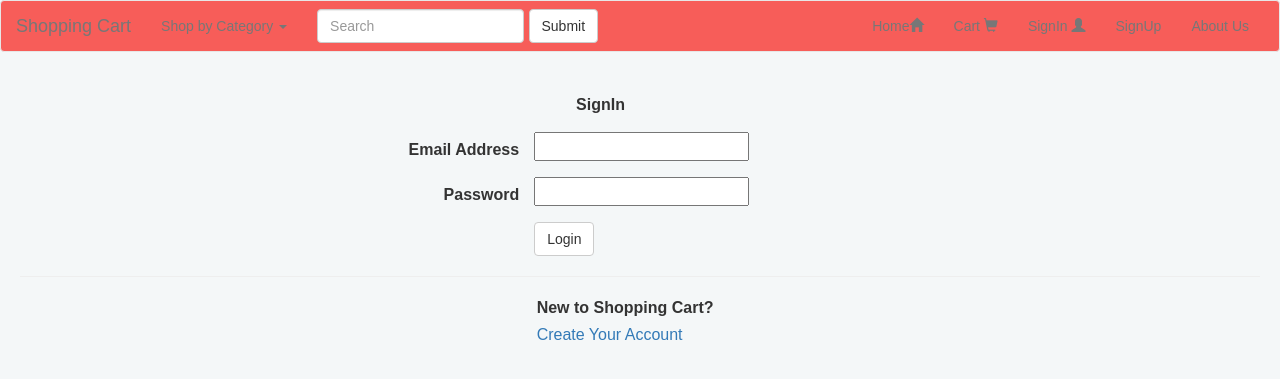
Repository: KaustubhKamat/ShoppingCartProject
Page: http://localhost/NewShoppingCart/WEB-INF/views/Login.jsp
These files come from the project's save history. The page is drawn as it stood at one moment and after the next save; the edit follows.
The browser window is 1280 px wide. The pictures show the whole page.
Some web libraries are served in a nearby version. The page is served by Tomcat 9. Nobody is signed in. Other server files are loaded and not shown. The template is opened directly, without the code that normally fills it, so the values that code supplies are empty.

Above is the page before, as saved 2016-12-30 09:15:25.

### NewShoppingCart/src/main/webapp/WEB-INF/views/Login.jsp
<%@ page language="java" contentType="text/html; charset=ISO-8859-1"
    pageEncoding="ISO-8859-1"%>
<!DOCTYPE html PUBLIC "-//W3C//DTD HTML 4.01 Transitional//EN" "http://www.w3.org/TR/html4/loose.dtd">
<html>
<head>
<link rel="stylesheet"
	href="https://maxcdn.bootstrapcdn.com/bootstrap/3.3.7/css/bootstrap.min.css">
<script
	src="https://ajax.googleapis.com/ajax/libs/jquery/3.1.1/jquery.min.js"></script>
<script
	src="https://maxcdn.bootstrapcdn.com/bootstrap/3.3.7/js/bootstrap.min.js"></script>
<style>
body{
font-family: sans-serif;

}
form {
  margin: 25px auto;
  font-size : medium;
  padding: 10px 20px;
  border-radius: 10px;
  text-align:justify;
}
body
{
background: #f4f7f8;
}
.navbar-default {
	background-color: #F75D59;
}

</style>
<meta http-equiv="Content-Type" content="text/html; charset=ISO-8859-1">
<title>Insert title here</title>
</head>
<body>
<nav class="navbar navbar-default">
	<div class="container-fluid">
		<!-- Brand and toggle get grouped for better mobile display -->
		<div class="navbar-header">
			<button type="button" class="navbar-toggle collapsed"
				data-toggle="collapse" data-target="#bs-example-navbar-collapse-1"
				aria-expanded="false">
				<span class="sr-only">Toggle navigation</span> <span
					class="icon-bar"></span> <span class="icon-bar"></span> <span
					class="icon-bar"></span>
			</button>
			<a class="navbar-brand" href="Home">Shopping Cart</a>
		</div>

		<!-- Collect the nav links, forms, and other content for toggling -->
		<div class="collapse navbar-collapse"
			id="bs-example-navbar-collapse-1">
			<ul class="nav navbar-nav">
				<!--  <li class="active"><a href=>Link <span class="sr-only">(current)</span></a></li> -->
				<li class="dropdown"><a href="Category" class="dropdown-toggle"
					data-toggle="dropdown" role="button">Shop by Category <span
						class="caret"></span></a>
					<ul class="dropdown-menu">
						<li><a href="Ciaz">Ciaz</a></li>
						<li><a href="Wagonr">Wagonr</a></li>
						<li><a href="Celerio">Celerio</a></li>
						<li><a href="Ritz">Ritz</a></li>
					</ul></li>
			</ul>
			<form class="navbar-form navbar-left">
				<div class="form-group">
					<input type="text" class="form-control" placeholder="Search">
				</div>
				<button type="submit" class="btn btn-default">Submit</button>
			</form>
			<ul class="nav navbar-nav navbar-right">

				<li><a href="Home">Home<span class="glyphicon glyphicon-home"></span></a>
				<li><a href="Cart">Cart <span
						class="glyphicon glyphicon-shopping-cart"></span></a>
				<li><a href="login">SignIn <span
						class="glyphicon glyphicon-user"></span></a></li>
				<li><a href="Register">SignUp </a></li>
				<li><a href="About Us">About Us</a></li>
			</ul>
		</div>
		<!-- /.navbar-collapse -->
	</div>
	<!-- /.container-fluid --> </nav>

<form class="form-horizontal" action="validate">
<div class="form-group">
<label class="col-sm-6 control-label">SignIn</label>
</div>
<div class="form-group">
<label class="col-sm-5 control-label">Email Address</label>
<div class="col-sm-15">
<input type="text" name="id">
</div>
</div>
<div class="form-group">
<label class="col-sm-5 control-label">Password</label>
<div class="col-sm-15">
<input type="password" name="Password"><br>
</div>
</div>
<div class="form-group">
    <div class="col-sm-offset-5 col-sm-20">
      <button type="submit" class="btn btn-default">Login</button>
    </div>
  </div>
  <hr>
<div class="col-sm-offset-5 col-sm-15">
<label class="col-sm-4control-label">New to Shopping Cart?</label>
</div>
<div class="col-sm-offset-5 col-sm-15">
<a href="Register"> Create Your Account</a>
</div>
</form>
</body>
</html>

### NewShoppingCart/src/main/webapp/WEB-INF/views/NavBar.jsp
<%@ page language="java" contentType="text/html; charset=ISO-8859-1"
	pageEncoding="ISO-8859-1"%>
<%@ taglib uri="http://java.sun.com/jsp/jstl/core" prefix="c"%>
<!DOCTYPE html PUBLIC "-//W3C//DTD HTML 4.01 Transitional//EN" "http://www.w3.org/TR/html4/loose.dtd">
<html>
<head>
<meta http-equiv="Content-Type" content="text/html; charset=ISO-8859-1">
<title>Insert title here</title>
</head>
<style>
.navbar-default {
	background-color: #F75D59;
	font-size: medium;
}

.dropdown-menu>li>a:hover {
	background-color: silver;;
	background-image: none;
}
.LoggedInUser{
color: white;

}
</style>
<body>

	<nav class="navbar navbar-inverse">
	<div class="container-fluid">
		<div class="navbar-header">
			<button type="button" class="navbar-toggle collapsed"
				data-toggle="collapse" data-target="#bs-example-navbar-collapse-1"
				aria-expanded="false">
				<span class="sr-only">Toggle navigation</span> <span
					class="icon-bar"></span> <span class="icon-bar"></span> <span
					class="icon-bar"></span>
			</button>
			<a class="navbar-brand" href="Home">Shopping Cart</a>
			<ul class="nav navbar-nav navbar-right">
				<li><a href="CategoryList">Category</a>
				<%-- <li class="active"><a href=>Link <span class="sr-only">(current)</span></a></li>
				<c:forEach items="${categoryList}" var="category">
				<li class="dropdown"><a href="#" class="dropdown-toggle"
					data-toggle="dropdown" >${category.name} <span
						class="caret"></span></a>
					<ul class="dropdown-menu" role="menu">
					<c:forEach items="${category.products}" var="product">
						<li><a href="/AddProduct/getList?pid=${product.id}">${product.name}</a></li>

						</c:forEach>
					</ul> </li>
					</c:forEach>  --%>
		</li>
		</ul>
		</div>

		<!-- Collect the nav links, forms, and other content for toggling -->
		<div class="collapse navbar-collapse"
			id="bs-example-navbar-collapse-1">
			<ul class="nav navbar-nav">

			</ul>
			<form class="navbar-form navbar-left">


			</form>
			<ul class="nav navbar-nav navbar-right">
				<li><a href="Home">Home <span
						class="glyphicon glyphicon-home"></span></a>
				<li><a href="Cart">Cart <span
						class="glyphicon glyphicon-shopping-cart"></span></a></li>

				<c:if test="${not empty LoggedInUser}">
					<li>Welcome ${LoggedInUser}</li>
				</c:if>
				<c:if test="${empty LoggedInUser}">
					<li><a href="login">SignIn <span
							class="glyphicon glyphicon-user"></span></a></li>
				</c:if>


				<%-- <c:choose>
						<c:when test="${empty LoggedInUser}">
							<li><a href="login">SignIn <span class="glyphicon glyphicon-user"></span></a></li>
						</c:when>
						<c:otherwise>
							<li>${LoggedInUser}</li>
						</c:otherwise>
						</c:choose>  --%>

				<c:if test="${empty LoggedInUser}">
					<li><a href="Register">SignUp <span
							class="glyphicon glyphicon-user"></span></a></li>
				</c:if>
				<c:if test="${not empty LoggedInUser}">
					<li><a href="Logout">Logout</a></li>
				</c:if>

				<%-- <c:choose>
						<c:when test="${empty LoggedInUser} }">
						<li><a href="Register">SignUp </a></li>
						</c:when>
						<c:otherwise>
						<li><a href="Logout">LogOut </a></li>
						</c:otherwise>
						</c:choose>   --%>


				<li><a href="AboutUs">About Us <span
						class="glyphicon glyphicon-phone-alt"></span></a></li>

			</ul>

		</div>
		<!-- /.navbar-collapse -->
	</div>
	<!-- /.container-fluid --> </nav>


</body>
</html>

After the next save:
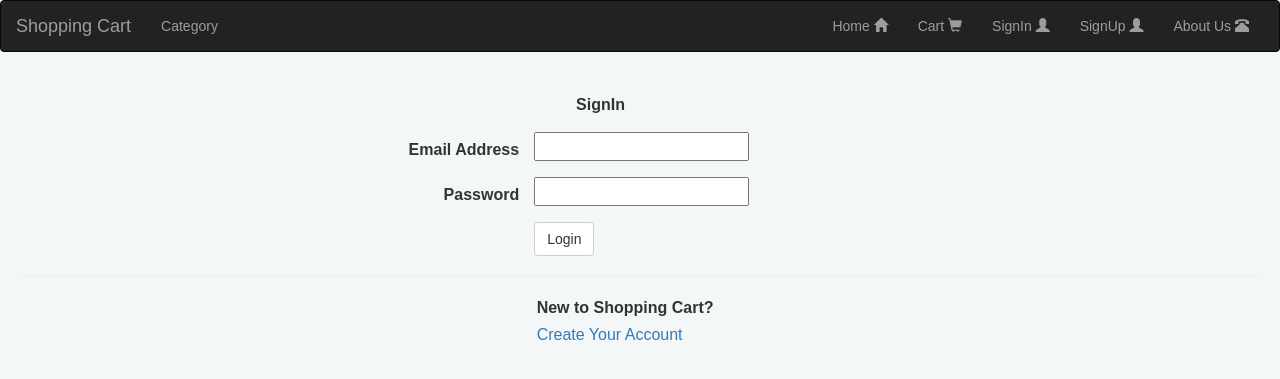
Saved 48 s later.
--- a/NewShoppingCart/src/main/webapp/WEB-INF/views/Login.jsp
+++ b/NewShoppingCart/src/main/webapp/WEB-INF/views/Login.jsp
@@ -34,55 +34,8 @@
 <title>Insert title here</title>
 </head>
 <body>
-<nav class="navbar navbar-default">
-	<div class="container-fluid">
-		<!-- Brand and toggle get grouped for better mobile display -->
-		<div class="navbar-header">
-			<button type="button" class="navbar-toggle collapsed"
-				data-toggle="collapse" data-target="#bs-example-navbar-collapse-1"
-				aria-expanded="false">
-				<span class="sr-only">Toggle navigation</span> <span
-					class="icon-bar"></span> <span class="icon-bar"></span> <span
-					class="icon-bar"></span>
-			</button>
-			<a class="navbar-brand" href="Home">Shopping Cart</a>
-		</div>
 
-		<!-- Collect the nav links, forms, and other content for toggling -->
-		<div class="collapse navbar-collapse"
-			id="bs-example-navbar-collapse-1">
-			<ul class="nav navbar-nav">
-				<!--  <li class="active"><a href=>Link <span class="sr-only">(current)</span></a></li> -->
-				<li class="dropdown"><a href="Category" class="dropdown-toggle"
-					data-toggle="dropdown" role="button">Shop by Category <span
-						class="caret"></span></a>
-					<ul class="dropdown-menu">
-						<li><a href="Ciaz">Ciaz</a></li>
-						<li><a href="Wagonr">Wagonr</a></li>
-						<li><a href="Celerio">Celerio</a></li>
-						<li><a href="Ritz">Ritz</a></li>
-					</ul></li>
-			</ul>
-			<form class="navbar-form navbar-left">
-				<div class="form-group">
-					<input type="text" class="form-control" placeholder="Search">
-				</div>
-				<button type="submit" class="btn btn-default">Submit</button>
-			</form>
-			<ul class="nav navbar-nav navbar-right">
-
-				<li><a href="Home">Home<span class="glyphicon glyphicon-home"></span></a>
-				<li><a href="Cart">Cart <span
-						class="glyphicon glyphicon-shopping-cart"></span></a>
-				<li><a href="login">SignIn <span
-						class="glyphicon glyphicon-user"></span></a></li>
-				<li><a href="Register">SignUp </a></li>
-				<li><a href="About Us">About Us</a></li>
-			</ul>
-		</div>
-		<!-- /.navbar-collapse -->
-	</div>
-	<!-- /.container-fluid --> </nav>
+<jsp:include page="NavBar.jsp"></jsp:include>
 
 <form class="form-horizontal" action="validate">
 <div class="form-group">
